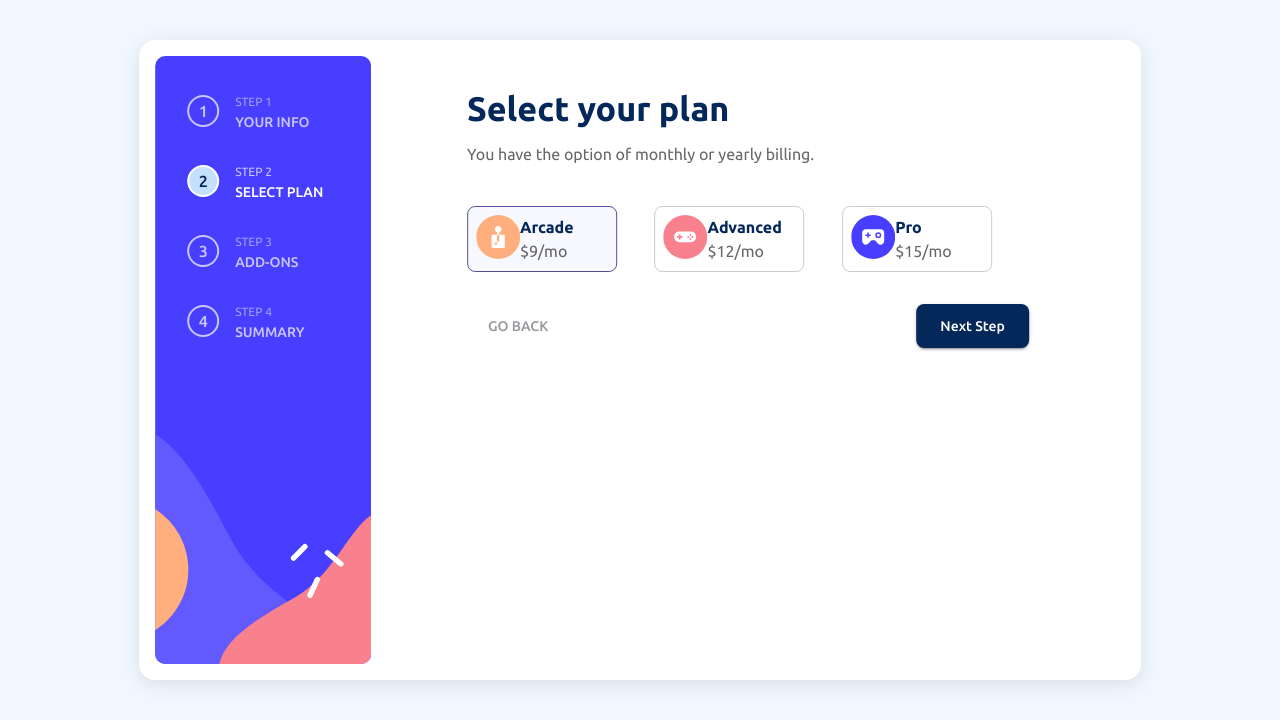
Repository: ozerrrs/chalange7days
Page: / (app in 7dayschalange/7dayschallange/), after clicking the first element matching `button.MuiButtonBase-root`
An editor plug-in stored every save of this project. The page is shown before and after the next save, followed by the edit.
The browser window is 1280 px wide. The pictures show the whole page.
The project was rebuilt for these pictures with package versions that can differ from the ones it lists, and the page was loaded fresh each time. Also part of the build but not shown: 7dayschalange/7dayschallange/vite.config.js.

Above is the page before, as saved 2025-03-05 16:21:33.

After the next save:
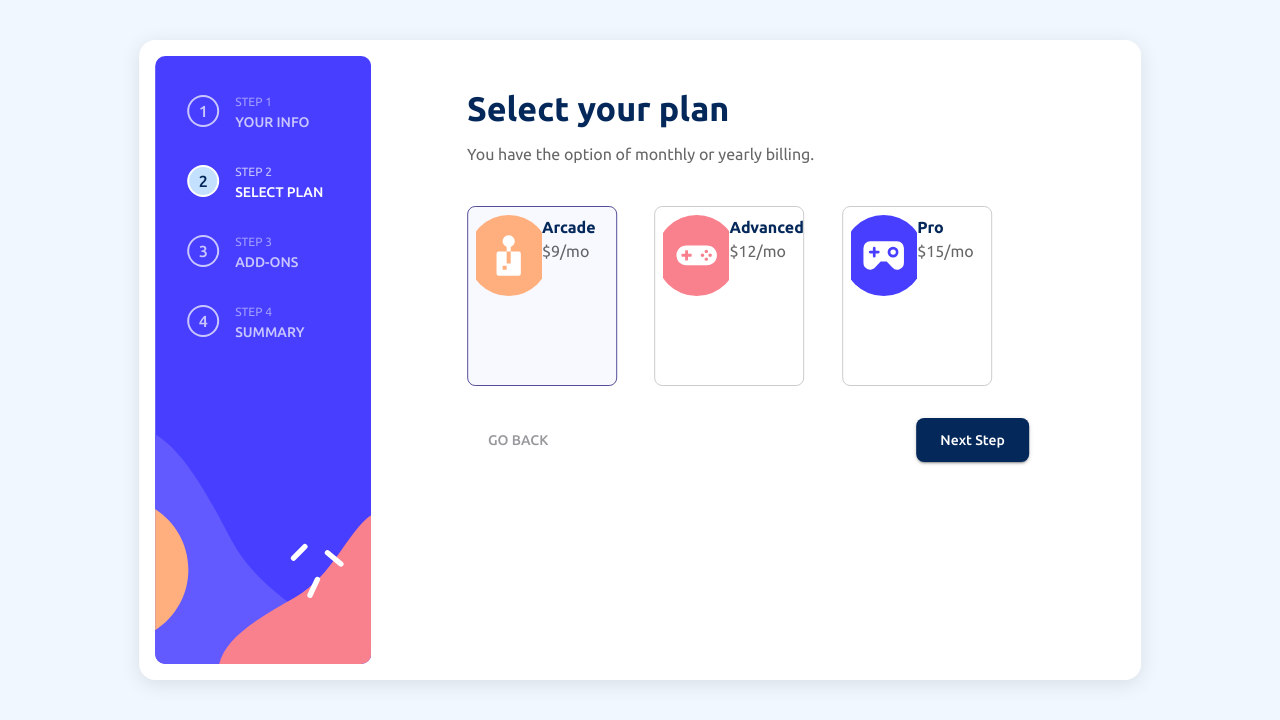
Saved 36 s later.
--- a/7dayschalange/7dayschallange/src/pages/firstPage.jsx
+++ b/7dayschalange/7dayschallange/src/pages/firstPage.jsx
@@ -110,6 +110,7 @@ const PlanCard = styled(Box)(({ theme, selected }) => ({
   backgroundColor: selected ? "#f8f9ff" : "transparent",
   cursor: "pointer",
   width: "150px",
+  height: "180px",
   transition: "all 0.2s ease-in-out",
   display: "flex",
 
